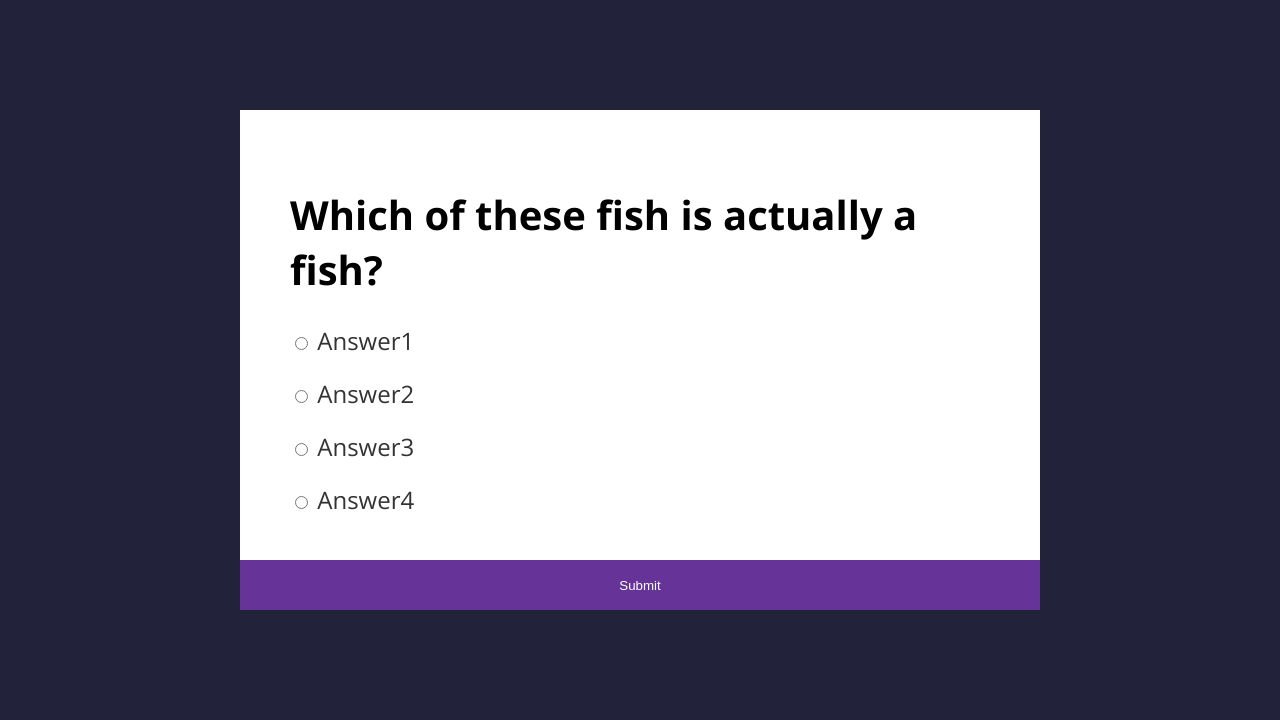
Repository: Wanglongzhi2001/Learn-javascript
Page: quiz/quiz.html
These files come from the project's save history. The page is drawn as it stood at one moment and after the next save; the edit follows.
The browser window is 1280 px wide. The pictures show the whole page.

Above is the page before, as saved 2023-02-02 19:57:35.

### quiz/quiz.html
<html lang="en">
<head>
    <meta charset="UTF-8">
    <meta http-equiv="X-UA-Compatible" content="IE=edge">
    <meta name="viewport" content="width=device-width, initial-scale=1.0">
    <!-- 使用谷歌字体 -->
    <link
      href="https://fonts.googleapis.com/css2?family=Open+Sans:wght@300;400;500;600;700;800&display=swap"
      rel="stylesheet"
    />
    <link rel="stylesheet" href="./quiz.css">
    <title>quiz project</title>
</head>
<body>
    <div class="container">
        <div class="game">
            <div class="content">
                <h1 class="question"></h1>
                <div class="answers">
                    <div class="answer">
                        <!-- input加上name属性使得四个input只能同时选中一个 -->
                        <input name="answer" type="radio" id="answer1" value="false">
                        <label for="answer1">Answer1</label>
                    </div>
                </div>
                <div class="answers">
                    <div class="answer">
                        <input name="answer" type="radio" id="answer2" value="false">
                        <label for="answer2">Answer2</label>
                    </div>
                </div>
                <div class="answers">
                    <div class="answer">
                        <input name="answer" type="radio" id="answer3" value="false">
                        <label for="answer3">Answer3</label>
                    </div>
                </div>
                <div class="answers">
                    <div class="answer">
                        <input name="answer" type="radio" id="answer4" value="false">
                        <label for="answer4">Answer4</label>
                    </div>
                </div>
            </div>
            <button class="submit">Submit</button>
        </div>
        <div class="result">
            <h1>Congratulations</h1>
            <h3 class="correct">Correct Answers: 0</h3>
            <h3 class="wrong">Wrong Answers: 0</h3>
            <h2 class="score">Score: -30</h2>
            <button class="play">Play Again</button>
        </div>
    </div>
    <script src="./quiz.js"></script>
</body>
</html>

### quiz/quiz.css
body{
    background-color: #22223b;
    display: flex;
    align-items: center;
    justify-content: center;
    font-family: "Open Sans", sans-serif;
}

.container{
    width: 800px;
    height: 500px;
    background-color: white;
    position: relative; /* 调整为相对位置使得提交按钮在contiainer底部而不是页面底部 */
}

.content{
    padding: 50px;
}

/* 调整问题字体大小 */
.question{
    font-size: 40px;
}

.answer{
    font-size: 24px;
    margin-bottom: 20px; /* 控制间距 */
    color:#333; /* 使字不那么黑，柔和一点 */
}
/* 使用绝对位置调整submit按钮位置 */
.submit{
    background-color: rebeccapurple;
    color: white;
    border: none;
    width: 100%;;
    height: 50px;
    cursor: pointer;
    position:absolute;
    bottom: 0;
}

.game{
    /* display: none; */
}

.result{
    display: none;
    padding: 50px;
    text-align: center;
}

.result h1{
    font-size: 40px;
}

.correct{
    color: green;
}

.wrong{
    color: red;
}

.play{
    color: white;
    background-color: rebeccapurple;
    padding: 10px 20px;
    cursor: pointer;
    border: none;
}

### quiz/quiz.js
const data = [
{
    id: 1,
    question: "Which of these fish is actually a fish?",
    answers: [
    { answer: "swordfish", isCorrect: true },
    { answer: "jellyfish", isCorrect: false },
    { answer: "starfish", isCorrect: false },
    { answer: "crayfish", isCorrect: false },
    ],
},
{
    id: 2,
    question: "A flutter is a group of:",
    answers: [
    { answer: "bees", isCorrect: false },
    { answer: "penguins", isCorrect: false },
    { answer: "butterflies", isCorrect: true },
    { answer: "camels", isCorrect: false },
    ],
},
{
    id: 1,
    question: "A group of which animals is referred to as a wake?",
    answers: [
    { answer: "bats", isCorrect: false },
    { answer: "vultures", isCorrect: true },
    { answer: "ants", isCorrect: false },
    ],
},
];


const gameScreen = document.querySelector(".game")
const resultScreen = document.querySelector(".result")
const question = document.querySelector(".question")
const answersContainer = document.querySelector(".answers")
const submit = document.querySelector(".submit")
const play = document.querySelector(".play")

let qIndex = 0;
let correctCount = 0;
let wrongCount = 0;
let total = 0;
let selectedAnswer;

const showQuestion = (qNumber) =>{
    question.textContent = data[qNumber].question
}

showQuestion(qIndex)

After the next save:
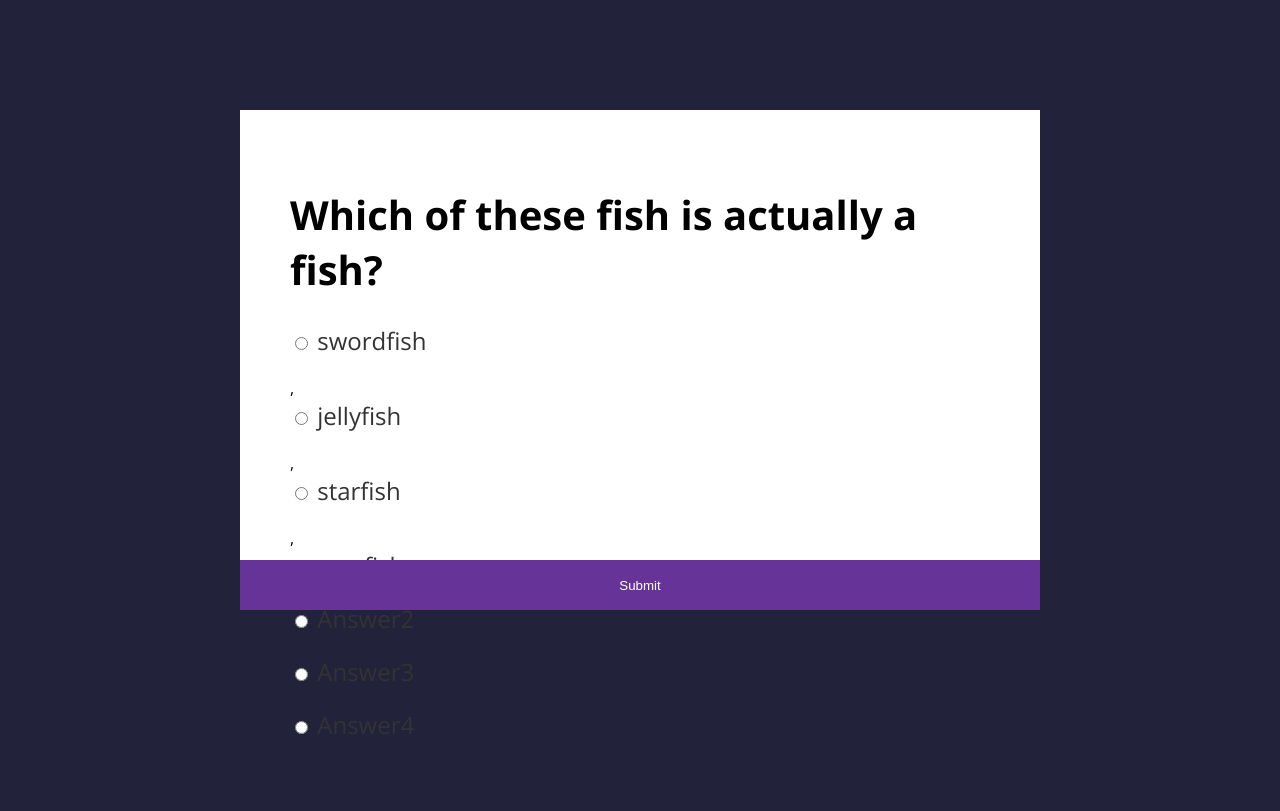
Saved 8 min 42 s later.
--- a/quiz/quiz.js
+++ b/quiz/quiz.js
@@ -38,14 +38,22 @@ const answersContainer = document.querySelector(".answers")
 const submit = document.querySelector(".submit")
 const play = document.querySelector(".play")
 
-let qIndex = 0;
-let correctCount = 0;
-let wrongCount = 0;
+let qIndex = 0; // 问题编号
+let correctCount = 0; // 正确答案编号
+let wrongCount = 0; // 错误答案编号
 let total = 0;
-let selectedAnswer;
+let selectedAnswer; // 选中答案的编号
 
 const showQuestion = (qNumber) =>{
     question.textContent = data[qNumber].question
+    answersContainer.innerHTML = data[qNumber].answers.map((item, index) =>
+    `
+    <div class="answer">
+        <input name="answer" type="radio" id=${index} value=${item.isCorrect}>
+        <label for=${index}>${item.answer}</label>
+    </div>
+    `
+    )
 }
 
 showQuestion(qIndex)
